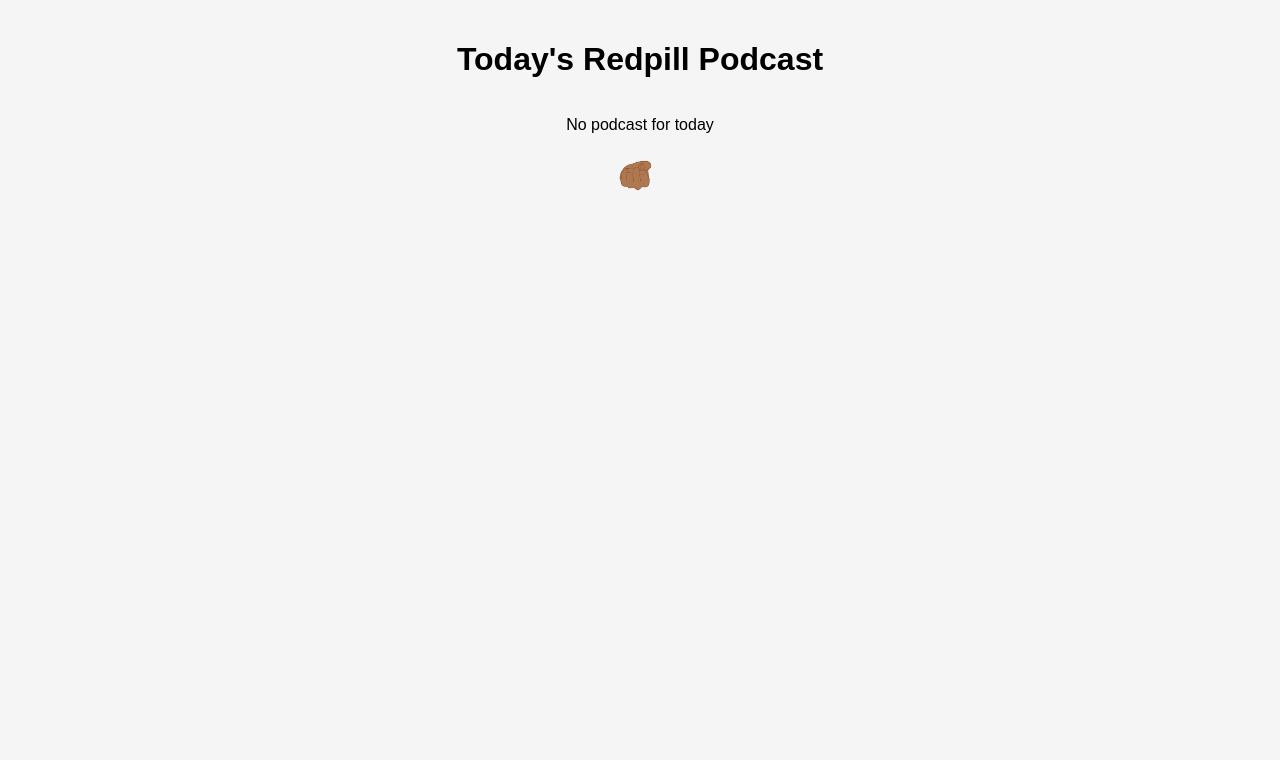
Repository: fechinmitchell/thedailyonepercent
Page: popup.html
The author's editor kept a copy of each file at every save. The page is drawn from the files as they stood at one save, then again after the next save.
The browser window is 1280 px wide. The pictures show the whole page.

Above is the page before, as saved 2023-06-22 20:13:58.

After the next save:
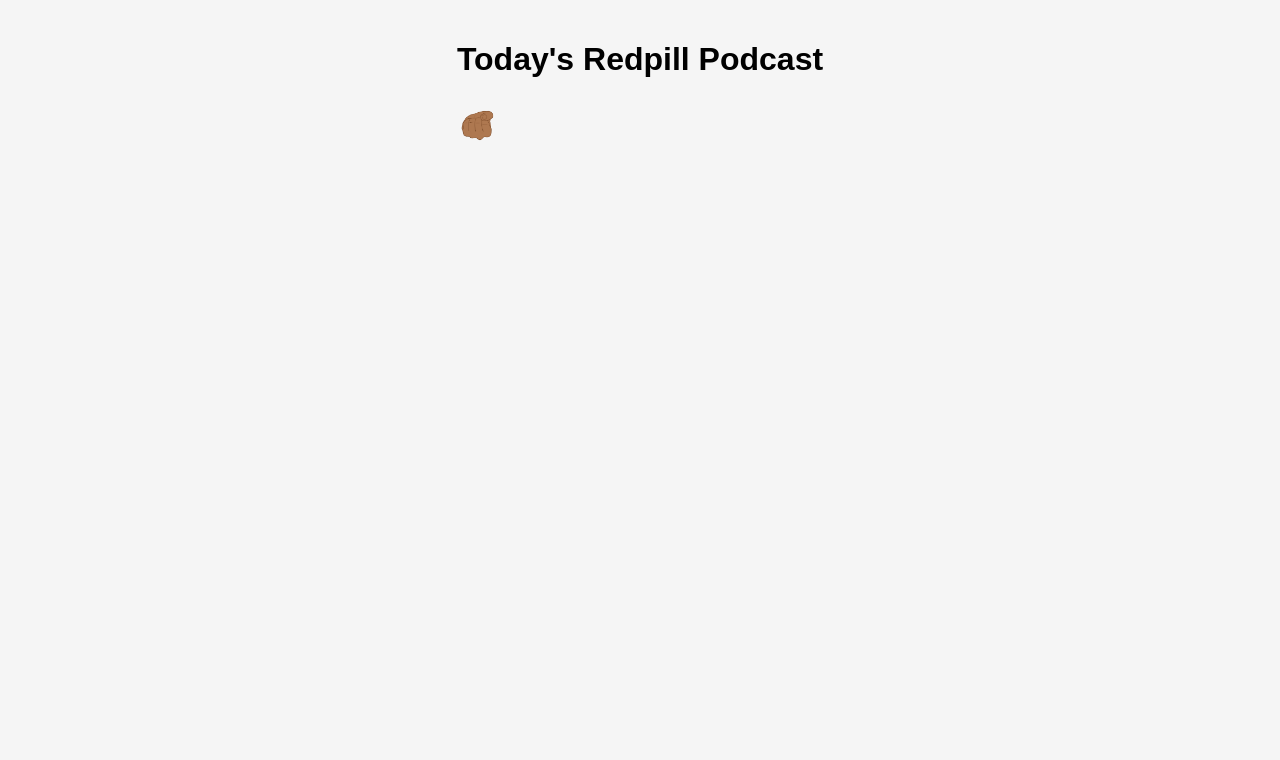
Console error: TypeError: Cannot set properties of null (setting 'innerText')
Saved 4 min 19 s later.
--- a/popup.html
+++ b/popup.html
@@ -4,9 +4,15 @@
   <link rel="stylesheet" type="text/css" href="popup.css">
 </head>
 <body>
-  <h1>Today's Redpill Podcast</h1>
-  <p id="podcast"></p>
-  <img id="logo" src="icon.gif" alt="Redpill Logo">
+  <div id="content-wrapper">
+    <h1>Today's Redpill Podcast</h1>
+
+    <div id="podcast-card">
+      <!-- Podcast card contents will be dynamically created here -->
+    </div>
+
+    <img id="logo" src="icon.gif" alt="Redpill Logo">
+  </div>
 
   <script src="popup.js"></script>
 </body>
